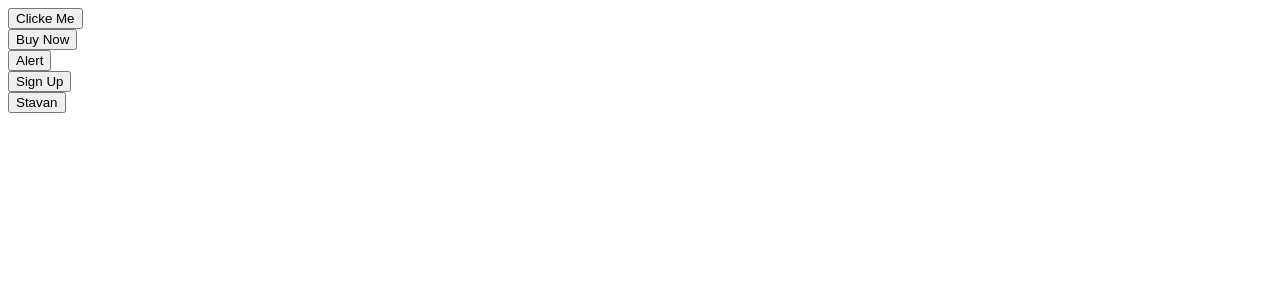
Repository: stavan30/components
Page: /
The author's editor kept a copy of each file at every save. The page is drawn from the files as they stood at one save, then again after the next save.
The browser window is 1280 px wide. The pictures show the whole page.
The project was rebuilt for these pictures with package versions that can differ from the ones it lists, and the page was loaded fresh each time.

Above is the page before, as saved 2024-03-11 17:37:05.

### src/index.js
import React from "react";
import ReactDOM from 'react-dom/client'
import App from './App'

const el = document.getElementById('root')
const root = ReactDOM.createRoot(el)

root.render(<App/>)

### src/App.js
import React from 'react'
import Button from './Button'

const App = () => {
  return (
    <div>
        <div>
            <Button>Clicke Me</Button>
        </div>
        <div>
            <Button>Buy Now</Button>
        </div>
        <div>
            <Button>Alert</Button>
        </div>
        <div>
            <Button>Sign Up</Button>
        </div>
        <div>
            <Button>Stavan</Button>
        </div>
    </div>
  )
}

export default App

### src/Button.js
import React from 'react'

const Button = ({
    children,
    primary,
    secondary,
    success,
    warning,
    danger,
    outline,
    rounded
}) => {
  return (
    <button>{children}</button>
  )
}

Button.prototype = {
    checkVariationValue: ( {primary, secondary, success, warning, danger} )=>{
        const count =
            Number(!!primary) +
            Number(!!secondary) +
            Number(!!success) +
            Number(!!warning) +
            Number(!!danger);

            if (count > 1) {
                return new Error("Error")
            }
    }

    }


export default Button

Loaded but not shown: public/index.html (common file)

After the next save:
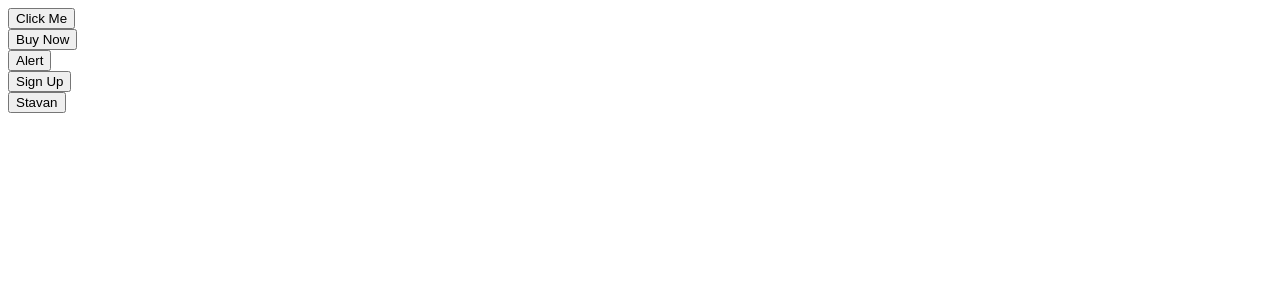
Saved 54 s later.
--- a/src/App.js
+++ b/src/App.js
@@ -5,7 +5,7 @@ const App = () => {
   return (
     <div>
         <div>
-            <Button>Clicke Me</Button>
+            <Button primary secondary>Click Me</Button>
         </div>
         <div>
             <Button>Buy Now</Button>
